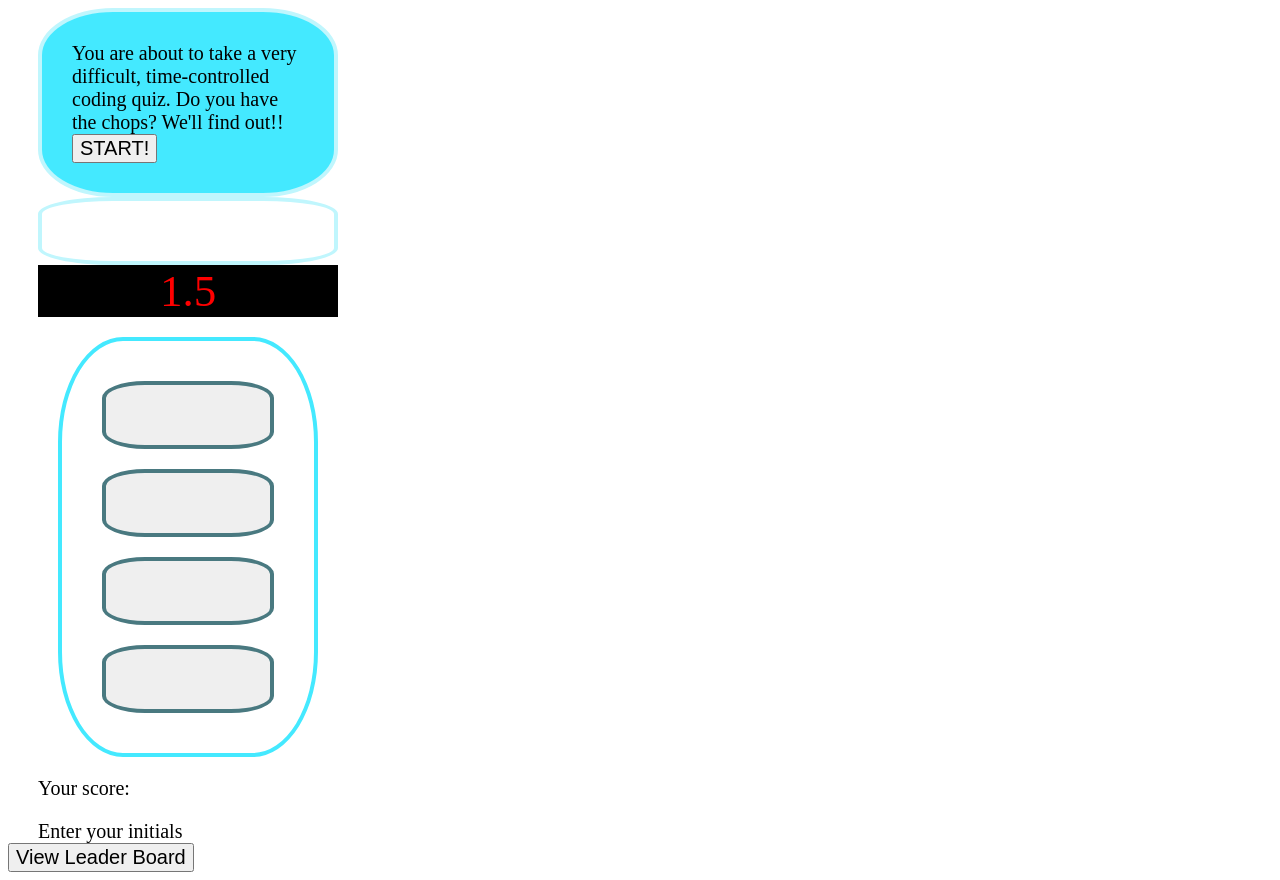
Repository: stuart-rickard/coding-quiz
Page: index.html
An editor plug-in stored every save of this project. The page is shown before and after the next save, followed by the edit.
The browser window is 1280 px wide. The pictures show the whole page.
After loading, the first visible `#starter-button` was clicked once.

Above is the page before, as saved 2021-11-23 05:42:06.

After the next save:
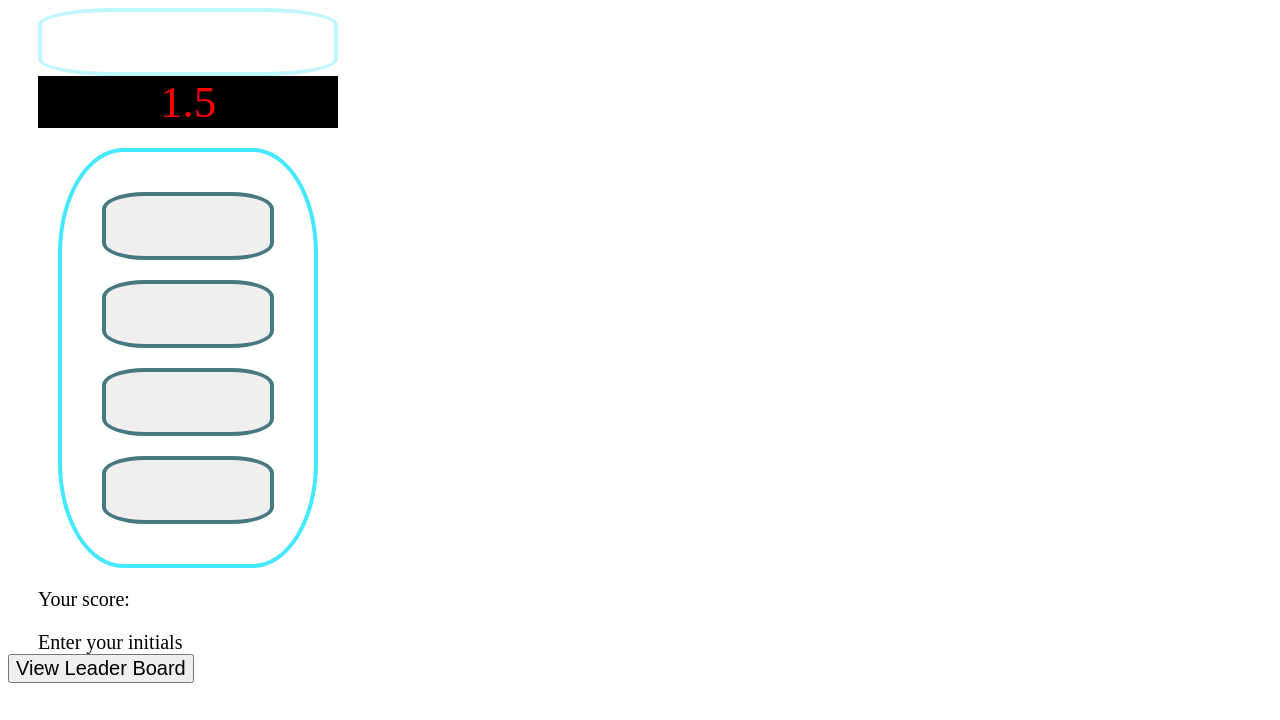
Saved 4 min 34 s later.
--- a/assets/css/style.css
+++ b/assets/css/style.css
@@ -26,10 +26,6 @@
     border-radius: var(--border-radius-regular);
     padding: 30px;
 }
-
-/* .start-display-none {
-    display:none;
-} */
 
 .div-question-answerform {
     /* display: none; */
--- a/assets/js/script.js
+++ b/assets/js/script.js
@@ -63,7 +63,8 @@
 
 var timerCountdown = function(){
     debugger;
-    //startDiv.style.display = "none";
+
+    document.getElementById("intro").style.display = "none";
     // make class=start display: none
 
     // make class=div-question-answerform display: block
@@ -82,6 +83,9 @@
 };
 
 var quizProcess = function() {
+    // hide the intro
+    document.getElementById("intro").style.display = "none";
+    // TODO add display the question section
     //Begin clock
     timerCountdown();
 
